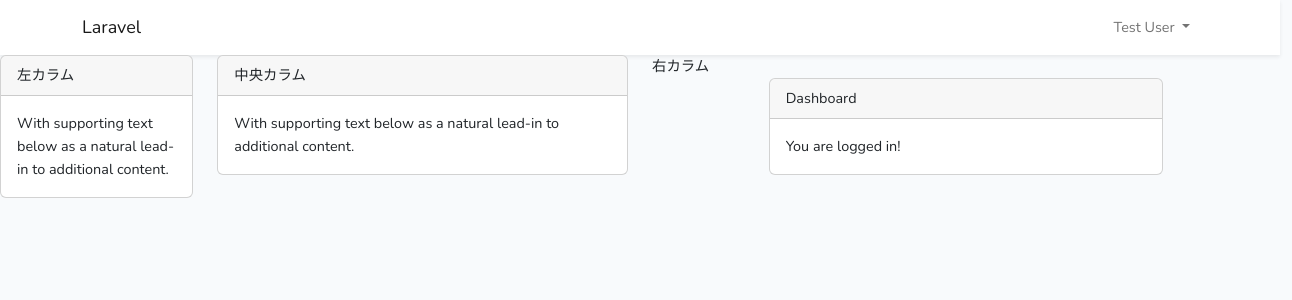
Repository: OkunoTaichi/laravel-simple-memo
Page: http://localhost/home
These files come from the project's save history. The page is drawn as it stood at one moment and after the next save; the edit follows.
The browser window is 1280 px wide. The page is 1292 px wide, so the pictures cover 1292 px, including what lies to the right of the window. The pictures show the whole page.
The page is served by the project's Laravel application, run on PHP 8.4 with Laravel 8. A made-up administrator, Test User (test@example.com), is signed in. Other server files are loaded and not shown. Queries for data that is not in the repository find no rows.

Above is the page before, as saved 2022-11-09 18:45:12.

### app/Providers/AppServiceProvider.php
<?php

namespace App\Providers;

use Illuminate\Support\ServiceProvider;
use App\Models\Memo;

class AppServiceProvider extends ServiceProvider
{
    /**
     * Register any application services.
     *
     * @return void
     */
    public function register()
    {
        //
    }

    /**
     * Bootstrap any application services.
     *
     * @return void
     */
    public function boot()
    {
        // 全てのメソッドが呼ばれる前より先に呼ばれるメソッド
        view()->composer('*' , function($view){
            $memos = Memo::select('memos.*')
                ->where('user_id', '=' , \Auth::id())//ユーザーIDとログインしているIDが同じもので
                ->whereNull('deleted_at')//デリートの履歴がないもので
                ->orderBy('updated_at', 'DESC')//アップデートされた日時が新しいものから
                ->get();// DBに架空のデータを作成し、上記の項目が正しくできているか確認する。

            $view->with('memos', $memos);
        });

    }
}

### resources/views/layouts/app.blade.php
<!doctype html>
<html lang="{{ str_replace('_', '-', app()->getLocale()) }}">
<head>
    <meta charset="utf-8">
    <meta name="viewport" content="width=device-width, initial-scale=1">

    <!-- CSRF Token -->
    <meta name="csrf-token" content="{{ csrf_token() }}">

    <title>{{ config('app.name', 'Laravel') }}</title>

    <!-- Scripts -->
    <script src="{{ asset('js/app.js') }}" defer></script>

    <!-- Fonts -->
    <link rel="dns-prefetch" href="//fonts.gstatic.com">
    <link href="https://fonts.googleapis.com/css?family=Nunito" rel="stylesheet">

    <!-- Styles -->
    <link href="{{ asset('css/app.css') }}" rel="stylesheet">
</head>
<body>
    <div id="app">
        <nav class="navbar navbar-expand-md navbar-light bg-white shadow-sm">
            <div class="container">
                <a class="navbar-brand" href="{{ url('/') }}">
                    {{ config('app.name', 'Laravel') }}
                </a>
                <button class="navbar-toggler" type="button" data-bs-toggle="collapse" data-bs-target="#navbarSupportedContent" aria-controls="navbarSupportedContent" aria-expanded="false" aria-label="{{ __('Toggle navigation') }}">
                    <span class="navbar-toggler-icon"></span>
                </button>

                <div class="collapse navbar-collapse" id="navbarSupportedContent">
                    <!-- Left Side Of Navbar -->
                    <ul class="navbar-nav me-auto">

                    </ul>

                    <!-- Right Side Of Navbar -->
                    <ul class="navbar-nav ms-auto">
                        <!-- Authentication Links -->
                        @guest
                            @if (Route::has('login'))
                                <li class="nav-item">
                                    <a class="nav-link" href="{{ route('login') }}">{{ __('Login') }}</a>
                                </li>
                            @endif

                            @if (Route::has('register'))
                                <li class="nav-item">
                                    <a class="nav-link" href="{{ route('register') }}">{{ __('Register') }}</a>
                                </li>
                            @endif
                        @else
                            <li class="nav-item dropdown">
                                <a id="navbarDropdown" class="nav-link dropdown-toggle" href="#" role="button" data-bs-toggle="dropdown" aria-haspopup="true" aria-expanded="false" v-pre>
                                    {{ Auth::user()->name }}
                                </a>

                                <div class="dropdown-menu dropdown-menu-end" aria-labelledby="navbarDropdown">
                                    <a class="dropdown-item" href="{{ route('logout') }}"
                                       onclick="event.preventDefault();
                                                     document.getElementById('logout-form').submit();">
                                        {{ __('Logout') }}
                                    </a>

                                    <form id="logout-form" action="{{ route('logout') }}" method="POST" class="d-none">
                                        @csrf
                                    </form>
                                </div>
                            </li>
                        @endguest
                    </ul>
                </div>
            </div>
        </nav>

        <!-- 3カラムに変更 -->
        <main class="">
            <div class="row">
                <div class="col-md-2">
                    <div class="card">
                        <div class="card-header">左カラム</div>
                        <div class="card-body">
                            <p class="card-text">With supporting text below as a natural lead-in to additional content.</p>
                        </div>
                    </div>
                </div>
                <div class="col-md-4">
                    <div class="card">
                        <div class="card-header">中央カラム</div>
                        <div class="card-body">
                            <p class="card-text">With supporting text below as a natural lead-in to additional content.</p>
                        </div>
                    </div>
                </div>
                <div class="col-md-6">
                    右カラム
                    @yield('content')
                </div>
            </div>
        </main>
    </div>
</body>
</html>

Loaded but not shown: routes/web.php (common file); app/Http/Controllers/Auth/ConfirmPasswordController.php (common file); app/Http/Controllers/Controller.php (common file); app/Models/User.php (common file); app/Http/Controllers/HomeController.php (common file); app/Models/Memo.php (common file); resources/views/home.blade.php (common file); public/css/app.css (library)

After the next save:
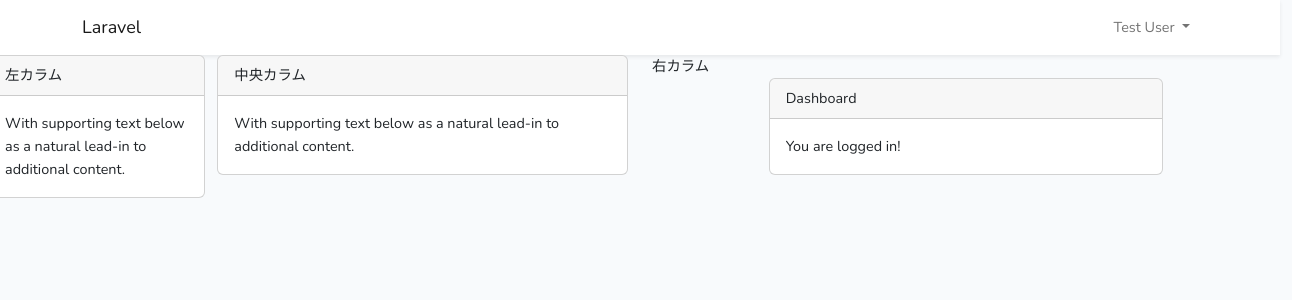
Saved 112 s later.
--- a/resources/views/layouts/app.blade.php
+++ b/resources/views/layouts/app.blade.php
@@ -78,7 +78,7 @@
         <!-- 3カラムに変更 -->
         <main class="">
             <div class="row">
-                <div class="col-md-2">
+                <div class="col-md-2 p-0">
                     <div class="card">
                         <div class="card-header">左カラム</div>
                         <div class="card-body">
